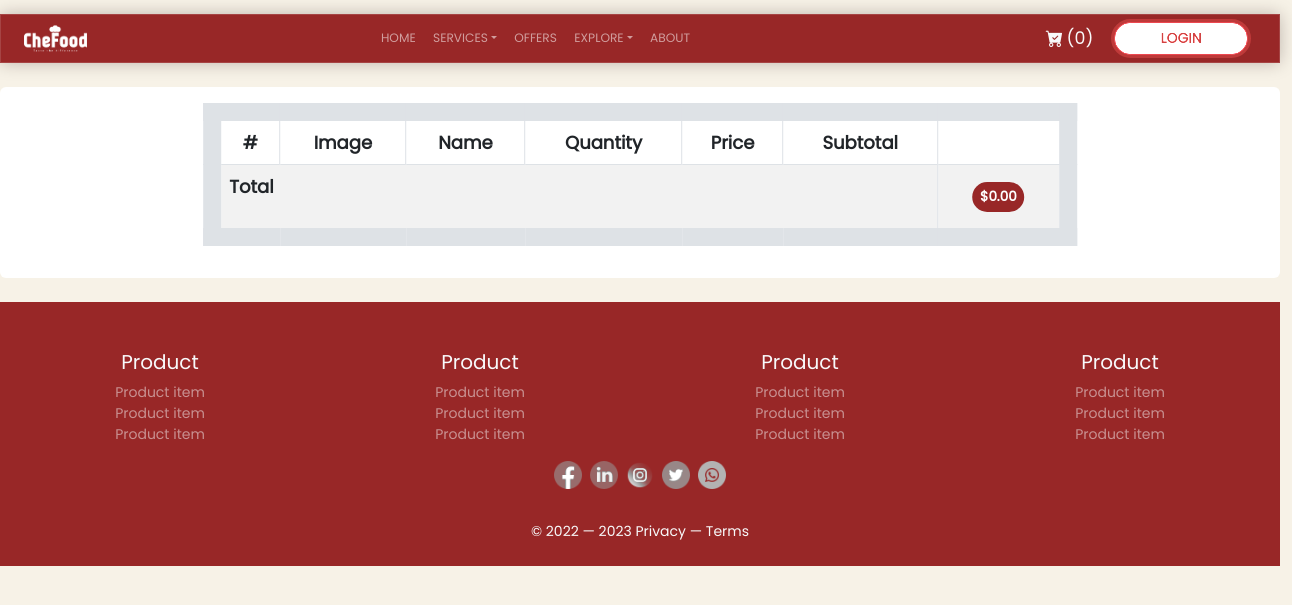
Repository: qamchamine/chefood
Page: /cart (app in front-end/)
The author's editor kept a copy of each file at every save. The page is drawn from the files as they stood at one save, then again after the next save.
The browser window is 1280 px wide. The page is 1292 px wide, so the pictures cover 1292 px, including what lies to the right of the window. The pictures show the whole page.
The project was rebuilt for these pictures with package versions that can differ from the ones it lists, and the page was loaded fresh each time. Some packages were replaced by stand-ins written for this rebuild. Also part of the build but not shown: front-end/src/css/products.css, front-end/src/components/small_components/ProductCard.jsx, front-end/src/components/small_components/AddProduct.jsx, front-end/src/components/pages/sub-pages/Products.jsx, front-end/src/components/small_components/ButtonMain.jsx, front-end/src/components/small_components/HomeCard.jsx, front-end/src/components/small_components/HomeCardFullSection.jsx, front-end/src/components/pages/Home.jsx and 34 more. Imported but missing from the stored project, and not drawn on this page: front-end/src/sounds/applause.mp3, front-end/src/sounds/wheel.mp3.

Above is the page before, as saved 2023-06-25 20:07:15.

### front-end/public/index.html
<!DOCTYPE html>
<html lang="en">
  <head>
    <meta charset="utf-8" />
    <link rel="icon" href="%PUBLIC_URL%/favicon.ico" />
    <meta name="viewport" content="width=device-width, initial-scale=1" />
    <meta name="theme-color" content="#000000" />
    <meta
      name="description"
      content="Web site created using create-react-app"
    />
    <link
    rel="stylesheet"
    href="https://fonts.googleapis.com/css?family=Roboto:400,700"
  />
  <link rel="stylesheet" href="https://cdn.jsdelivr.net/npm/bootstrap-icons@1.10.5/font/bootstrap-icons.css">

    <link rel="apple-touch-icon" href="%PUBLIC_URL%/logo192.png" />
    <link rel="manifest" href="%PUBLIC_URL%/manifest.json" />

    <link rel="stylesheet" href="https://fonts.googleapis.com/icon?family=Material+Icons">

    <link rel="stylesheet" href="https://maxcdn.bootstrapcdn.com/font-awesome/4.7.0/css/font-awesome.min.css">
    <script src="https://code.jquery.com/jquery-3.5.1.min.js"></script>
    <script src="https://cdn.jsdelivr.net/npm/popper.js@1.16.0/dist/umd/popper.min.js"></script>




    <title>React App</title>
  </head>
  <body>

    <div id="root"></div>
<!--     <script src="jquery/jquery-3.6.0.js"></script>  -->
    <script src="https://unpkg.com/sweetalert/dist/sweetalert.min.js"></script>

  </body>
</html>

### front-end/src/config/ShoppingContext.jsx

  import React, { createContext, useState, useEffect } from 'react';
  import Swal from 'sweetalert2'
  import axios from 'axios';

   const ShoppingContext = createContext();

const ShoppingProvider = ({ children }) => {
/*     const [orders,setOrders] = useState([])
     */

/*       function removeFromCart(item){
        setCartItems(cartItems.filter(product => product.id !== item.id));
        Swal.fire({
          position: 'top-end',
          icon: 'success',
          title: 'Your item has been removed',
          showConfirmButton: false,
          timer: 1500
        });
      } */

      return (
    <ShoppingContext.Provider value={
        { /* orders,setOrders */
          /* products,  cartItems, removeFromCart */
        }
      }>      {children}
    </ShoppingContext.Provider>
  );
};
export { ShoppingContext, ShoppingProvider }

### front-end/src/components/Footer.jsx
import React, { useEffect } from 'react'

import Facebook from '../images/icons/facebook.png'
import Linkedin from '../images/icons/linkedin.png'
import Instagram from '../images/icons/instagram.png'
import Twitter from '../images/icons/twitter.png'
import Whatsapp from '../images/icons/whatsapp.png'
import './../css/nav-footer.css';
export default function Footer() {

    return (
        <div className='footer container-fluid' style={{ background: '#982727' }}>
            <footer className=' py-2 pt-5 d-grid text-light'>
                <div className='row justify-content-around text-center '>
                    <div className='d-grid col-6 col-sm-12 col-md-6 col-lg-4 col-xl-3'>
                        <h5>Product</h5>
                        <a className='text-decoration-none text-light opacity-50' href="">Product item</a>
                        <a className='text-decoration-none text-light opacity-50' href="">Product item</a>
                        <a className='text-decoration-none text-light opacity-50' href="">Product item</a>
                    </div>
                    <div className='d-grid col-6 col-sm-12 col-md-6 col-lg-4 col-xl-3'>
                        <h5>Product</h5>
                        <a className='text-decoration-none text-light opacity-50' href="">Product item</a>
                        <a className='text-decoration-none text-light opacity-50' href="">Product item</a>
                        <a className='text-decoration-none text-light opacity-50' href="">Product item</a>
                    </div>
                    <div className='d-grid col-6 col-sm-12 col-md-6 col-lg-4 col-xl-3'>
                        <h5>Product</h5>
                        <a className='text-decoration-none text-light opacity-50' href="">Product item</a>
                        <a className='text-decoration-none text-light opacity-50' href="">Product item</a>
                        <a className='text-decoration-none text-light opacity-50' href="">Product item</a>
                    </div>
                    <div className='d-grid col-6 col-sm-12 col-md-6 col-lg-4 col-xl-3'>
                        <h5>Product</h5>
                        <a className='text-decoration-none text-light opacity-50' href="">Product item</a>
                        <a className='text-decoration-none text-light opacity-50' href="">Product item</a>
                        <a className='text-decoration-none text-light opacity-50' href="">Product item</a>
                    </div>
                </div>
                <div className='footer-icons row justify-content-center py-3 '>
                    <div className='d-flex gap-2 justify-content-center'>
                        <a href=""> <img src={Facebook} className='footer-icon' alt="" /> </a>
                        <a href=""> <img src={Linkedin} className='footer-icon' alt="" /> </a>
                        <a href=""> <img src={Instagram} className='footer-icon' alt="" /> </a>
                        <a href=""> <img src={Twitter} className='footer-icon' alt="" /> </a>
                        <a href=""> <img src={Whatsapp} className='footer-icon' alt="" /> </a>

                    </div>
                </div>
                <div className='row justify-content-center py-3'>
                    © 2022 — 2023 Privacy — Terms
                </div>
            </footer>
        </div>

    )
}

### front-end/src/components/small_components/shopping/Cart.jsx
import React,{useContext ,useEffect, useState} from 'react';
import axios from 'axios';
import '../../../css/cart.css'
import { ShoppingContext } from '../../../config/ShoppingContext';
import { LoginContext } from '../../../config/LoginContext';
import { getProd } from '../../pages/sub-pages/Products';
export default function Cart() {
    const {orders, setOrders} = useContext(LoginContext);
    const {prod, setProd} = useContext(LoginContext);
    const {userData, setUserData} = useContext(LoginContext);
    const {isLoggedIn} = useContext(LoginContext);
    const {loading, setLoading} = useContext(LoginContext);
    const [userOrders, setUserOrders] = useState([]);

/* useEffect(() => {
  setUserOrders(orders.filter(el=>el.user_id === 1))

  console.log(userOrders);
},[]); */

    return (
        <div className="row my-4 cart-page">
            <div className="col-md-12">
                <div className="card">
                    <div className="card-body">
                        <table className="table table-hover table-striped ajouterPanierTable table-bordered">
                            <thead >
                                <tr>
                                    <th >#</th>
                                    <th >Image</th>
                                    <th >Name</th>
                                    <th >Quantity</th>
                                    <th >Price</th>
                                    <th>Subtotal</th>
                                    <th ></th>
                                </tr>
                            </thead>
                            <tbody>
                            { isLoggedIn?orders.map((item,i) => (
                                    <tr key={item.id}>

                                        <th scope="row">{i+1}</th>
                                        <td>
                {/*                             <img src={require(`../../../images/products/${prod.find(el=>el.id==item.product_id).category} (${prod.find((el,i)=>el.id===item.product_id).img}).png`)} alt={item.product_name}
                                                className="img-fluid rounded"
                                                width={60} height={60} /> */}
                                        </td>
                                        <td>{item.product_name}</td>
                                        <td>

                                            <b className="mx-2">
                                                {item.product_quantity}
                                            </b>

                                        </td>
                                        <td>{prod.find((el,i)=>el.id===item.product_id).price} <b>MAD</b> </td>
                                       <td>{(item.product_quantity * prod.find((el,i)=>el.id===item.product_id).price).toFixed(2)} MAD</td>
                                        <td>
                                            <i
                                                className="bi bi-cart-x text-danger"
                                                style={{cursor: 'pointer'}}
                                          /*       onClick={() => removeFromCart(item)} */
                                            ></i>
                                        </td>
                                    </tr>
                                )): ''
                            }
                            <tr>
                                <th colSpan={6} className="text-start">
                                    Total
                                </th>
                                <th colSpan={1} className=" b py-3">
                                    <span style={{background:'#982727'}} className="badge text-center p-2 rounded-pill ">
                                        $
                                        {
                                            orders.reduce((acc,item) => acc += item.product_quantity * prod.find((el,i)=>el.id===item.product_id).price,0).toFixed(2)
                                        }
                                    </span>
                                </th>
                            </tr>
                            </tbody>
                        </table>
                    </div>
                </div>
            </div>
        </div>
    )
}

### front-end/src/css/home.css
.homeBG {
    height: fit-content;
    position: relative;
    right: -10%;
    top: 34%;
    z-index: -1;
    width: 100em !important;


}
@font-face {
    font-family: 'poppin';
    src: url('../fonts/Poppins/Poppins-Regular.ttf') ;
    font-weight: normal;
    font-style: normal;
  }
body {
    font-family:'poppin', sans-serif !important;
    background-color: #F7F2E7 !important;
    max-width: 100vw;
    font-weight: normal !important;
    overflow-x: hidden;
    font-size: 14px !important;
}

body::-webkit-scrollbar {
    width: 0;
}

.nb {
/*     position: fixed; */
/*     top: 1em; */
    background-color: #982727 !important;
    box-shadow: 0 0px 20px #1f020241;
    border: 1px solid #ffffff22;
}

.navbar {
    background-color: #982727 !important;
}

.changeColor {
    background-color: blue !important;
}

.signUP {
    background: white !important;
    color: #982727 !important;
    font-weight: bold !important;
    outline: 5px solid #982727ab;
    outline-offset: -2px;
    transition: 500ms ease;


}

.homeContent {
    height: 90vh;
    z-index: 0;
    margin-top: -1.5em !important;
}

.homeContent h1 {
    color: #F7F2E7;
    text-align: start;
width: 40vw !important;
}

.homeContent h1 span {
    position: relative;
    display: inline-block;
    margin-bottom: 10px;
    padding: 4px 20px 8px;
    transition: 1s ease;
}

.homeContent h1 span::before {
    content: '';
    position: absolute;
    background: #982727;
    left: 0;
    top: 0;
    z-index: -1;
    width: 100%;
    height: 100%;
    transform: skew(-10deg);
}

.homeContent h1 span:last-child::before {
    transform: skew(10deg);
}

.homeContent p {
    width: 72%;
    color: #982727;
    text-align: left;
}

.homeContent .homeMainButtons {
    width: 72%;
}

.cardBtn {
    transition: 1s ease;
}

.cardBtn:hover {
    filter: brightness(130%);

}

.cardBtn i {
    left: 63%;
    transition: 300ms ease;
}

.cardBtn:hover i {
    left: 75%;
}

.btnMain:hover {
    filter: brightness(130%);
}

.card-img-top {
    object-fit: cover;
}

.signUP:hover {

    background: #982727 !important;
    color: white !important;
    font-weight: bold !important;
    outline: 5px solid #ffffff55;
    outline-offset: -4px;
}

.cardsGroup:not(:first-child) {
    translate: 50% 0;
}

.arrow-1-1 {
    position: absolute;
    top: 50%;
    left: 0;
}

.home .carousel-control-prev-icon,
.home .carousel-control-next-icon {

    width: 1.3em;
    height: 1.3em;
    color:black !important;

    outline: 12px solid #982929;
    outline-offset: -1px;
    background-color: #982929;
    background-size: 100%, 100%;
    border-radius: 50%;
    box-shadow: 0 0 10px black;
}

.home .carousel-control-prev,
.home .carousel-control-next {
    z-index: 10;
    width: 4em !important;
/*     background: red; */

}

/* .py-4 {
    padding-top: 0rem !important;
    padding-bottom: 0rem !important;
} */

.nb{
    zoom:87%;
}

### front-end/src/css/cart.css
.ajouterPanierTable td{
    font-size: .9em;
    width: fit-content !important;
    text-align: center;
}
.ajouterPanierTable th{
    width: fit-content !important;
    text-align: center;
}
.ajouterPanierTable {
width: 70% !important;
position: relative;
left: 50%;
translate: -50% 0;
border: 1em solid black;
}
.cart-page .card {
    box-shadow:none;
}

### front-end/src/css/Reviews.css
.Reviews-color
{
  color : #982727;
  text-transform: uppercase;
  letter-spacing: 0.5em;
}
.Reviews-paragraph
{
  font-size: 0.8em;
}
.parent-card{
    margin-top:50px !important;
}
.card
{
    border: none !important;
    box-shadow: 0 4px 8px 0 rgba(0, 0, 0, 0.2), 0 6px 20px 0 rgba(0, 0, 0, 0.19);
}
.user-name
{
    color : #000D7E;
}
.description
{
    color: #982727;
    font-size: 0.75em;
}
.comment{
    margin:5px;
    font-size:0.55em;
}
.reviewCardImage{
    margin-top:16px;
}
.reviewCard:hover .reviewCardImage{
    scale:1.2;
    margin-inline:.3em;
}
.reviewCard:hover .reviewCardImage{
    transition:300ms ease;
}
.reviewCard:hover .hoverstar{
    scale:1.2;
    margin-inline:.3em;
}
.reviewCard .hoverstar{
    transition:300ms ease;
}
.reviewCardImage{
    width:40%;
    transition:300ms ease;
}

.reviewCard strong{
    left:50%;
    translate:-50% 0;
    width:100%;
    bottom:.9em;
}

.the-bottom-page{
    margin-top:25px;
    position: absolute;
    left: auto;
    right: 0;
}

@media (max-width: 1200px) { /* Extra large devices (large desktops, 1200px and up) */
    .card {
      width: 100%;
    }
    .col-4 {
      width: 33.33333333%;
    }
    strong img{
        width: 19px;
    }
  }
  @media (max-width: 1118px) { /* Large devices (desktops, 992px and up) */
    .card {
      width: 100%;
    }
    .col-4 {
        width: 33.33333333%;
    }
    strong img{
        width: 16px;
    }
  }
  @media (max-width: 992px) { /* Medium devices (tablets, 768px and up) */
    .card {
        width: 140%;
    }
  }
  @media (max-width: 770px) { /* Medium devices (tablets, 768px and up) */
    .card {
        width: 95%;
    }
    .col-4 {
        width: 25% !important;
    }
    .parent-card
    {
        --bs-gutter-x: 0.5rem;
        display: grid !important;
        grid-template-columns: repeat(2, 1fr);
    }
    .col-4 {
        margin-top:10px !important;
        width: 60% !important;
    }
  }
  @media (max-width: 716px) { /* Small devices (landscape phones, 576px and up) */

    .card {
        width: 95%;
    }
        strong img{
        width: 16px;
    }
  }
  @media only screen and (max-width: 576px){ /* Small devices (landscape phones, 576px and up) */

    .card {
        width: 95%;
    }
    .col-md-2 {
        flex: 0 0 16.666667%;
        max-width: 16.666667%;
    }
    strong img{
        width: 16px;
    }
  }

  @media only screen and (max-width: 528px){ /* Small devices (landscape phones, 576px and up) */

    .card {
        width: 70%;
        margin-left:30px;
    }
    .parent-card
    {
        --bs-gutter-x: 0.5rem;
        display: grid !important;
        grid-template-columns: repeat(1, 1fr);
    }
    .col-md-2 {
        flex: 0 0 16.666667%;
        max-width: 16.666667%;
    }
    strong img{
        width: 16px;
    }
  }

  @media only screen and (max-width: 365px){ /* Small devices (landscape phones, 576px and up) */

    .card {
        width: 80%;
        margin-left:20px;
    }
    .parent-card
    {
        --bs-gutter-x: 0.5rem;
        display: grid !important;
        grid-template-columns: repeat(1, 1fr);
    }
    .col-md-2 {
        flex: 0 0 16.666667%;
        max-width: 16.666667%;
    }
    strong img{
        width: 16px;
    }
  }

### front-end/src/css/location.css
@import url('https://fonts.googleapis.com/css2?family=Roboto:wght@100&display=swap');

.location-color
{
  color : #982727;
  text-transform: uppercase;
  letter-spacing: 0.3em;
}
.where-restorant
{
    width: 459px;
    margin:auto;
}
.restorant-location-title{
    font-family: 'Century Gothic';
    font-size:32px;
    font-weight:400;
}
.restorant-location-line{
    background:#B12222;
    height: 3px;
    width: 450px;
    display: inline-block;
    margin: 15px auto;
}
.restorant-location-p
{
    color:#000000 75%;
    font-size: 15px;
    font-weight: 400;
    font-family: 'Roboto', sans-serif;
}
.main-location{
    display: grid !important;
    grid-template-columns: repeat(2, 1fr);
    flex-direction: column;
    justify-content: center;
    align-items: center;
    text-align:center;
}
.restorant-location-btn{
    background-color: #B12222;
    border: none;
    width: 300px;
    height: 40px;
    border-radius: 15px;
    color: #fff;
}
.restorant-location-btn:hover{
    background-color: #fff;
    border: 2px solid #B12222;
    border-radius: 15px;
    color: #B12222;
}
.location-icon{
    margin-right: 15px;
}


  @media (max-width: 1123px) { /* Extra large devices (large desktops, 1200px and up) */
    .earth-image img{
        width: 450px;
    }
  }
  @media (max-width: 992px) { /* Medium devices (tablets, 768px and up) */
    .earth-image img{
        width: 400px;
    }
    .where-restorant {
        width: 400px;
        margin: auto;
    }
    .restorant-location-line{
        width: 350px;
        display: inline-block;
    }
  }
  @media (max-width: 868px) { /* Medium devices (tablets, 768px and up) */

    .earth-image img{
        width: 380px;
    }
    .where-restorant {
        width: 380px;
        margin: auto;
    }
    .restorant-location-line{
        width: 320px;
        display: inline-block;
    }
    .restorant-location-p{
        font-size: 13px;
    }
    .restorant-location-title{
        font-size:28px;
    }

  }
  @media (max-width: 783px) { /* Small devices (landscape phones, 576px and up) */
    .earth-image img{
        margin-top: 30px;
        width: 380px;
    }
    .where-restorant {
        width: 380px;
        margin: auto;
    }
    .restorant-location-line{
        width: 320px;
        display: inline-block;
    }
    .restorant-location-p{
        font-size: 15px;
    }
    .restorant-location-title{
        font-size:32px;
    }
    .main-location{
        display: grid !important;
        grid-template-columns: repeat(1, 1fr);
        justify-items: center;
        text-align:center;
    }
  }
  @media(max-width: 401px){ /* Small devices (landscape phones, 576px and up) */
    .earth-image img{
        width: 330px;
        margin-top: 30px;
    }
    .where-restorant {
        width: 330px;
        margin: auto;
    }
    .restorant-location-line{
        width: 320px;
        display: inline-block;
    }
    .restorant-location-p{
        font-size: 13px;
    }
    .restorant-location-title{
        font-size:28px;
    }
    .main-location{
        display: grid !important;
        grid-template-columns: repeat(1, 1fr);
        justify-items: center;
        text-align:center;
    }
  }

### front-end/src/css/contactus.css
@import url('https://fonts.googleapis.com/css2?family=Inter:wght@200;400&family=Quattrocento+Sans&family=Roboto&display=swap');

.contactus-color{
    color : #982727;
    text-transform: uppercase;
    letter-spacing: 0.3em;
}
.image-contactus img{
    height: 620px;
}
.main-contactus{
    display: grid !important;
    grid-template-columns: repeat(2, 1fr);
    justify-items: center;
}
.message-information-send{
    width:auto;
    margin:auto;
}
.message-information-send label
{
    margin:25px 0 10px 0;
    font-family: 'Inter';
    font-style: normal;
    font-weight: 400;
    font-size: 13px;
    line-height: 26px;
    color: #692C2C;
}
.message-information-send input{
    padding:3px 15px;
    margin:15 0px;
    Width:425px;
    Height:56px;
    background: #F7F2E7;
    border: 2px solid #982727;
    border-radius: 5px;
}
.message-information-send {
    outline: none;
}
.message-information-send textarea{
    padding:15px;
    Width:425px;
    Height:220px;
    background: #F7F2E7;
    border: 2px solid #982727;
    border-radius: 5px;
}
.message-information-send textarea,input::placeholder{
    font-family: 'Inter';
    font-style: normal;
    font-weight: 200;
    font-size: 12px;
}
.message-information-send input,textarea:focus-visible{
    outline: none;
}
.send-contact-btn{
    margin-top: 14px;
    background-color: #B12222;
    border: none;
    width: 425px;
    height: 40px;
    border-radius: 15px;
    color: #fff;
    font-family: 'Roboto';
    font-style: normal;
    font-weight: 500;
    font-size: 19px;
}
.send-icon{
    margin-right:15px;
}
.send-contact-btn:hover{
    background-color: #fff;
    border: 2px solid #B12222;
    border-radius: 15px;
    color: #B12222;
}









  @media (max-width: 1118px) { /* Large devices (desktops, 992px and up) */
    .image-contactus img{
        height: 620px;
        width:550px;
    }

    .message-information-send input{
        width:325px;
    }
    .message-information-send textarea{
        width:325px;
    }
    .send-contact-btn{
        width:325px;
    }
  }
  @media (max-width: 992px) { /* Medium devices (tablets, 768px and up) */
    .image-contactus img{
        margin: auto;
        height: 550px;
        width:450px;
    }
    .message-information-send{
        margin-right:50px;
    }
    .message-information-send input{
        width:325px;
    }
    .message-information-send textarea{
        width:325px;
    }
    .send-contact-btn{
        width:325px;
    }
  }
  @media (max-width: 881px) { /* Medium devices (tablets, 768px and up) */
    .image-contactus img{
        margin: auto;
        height: 550px;
        width:450px;
    }
    .main-contactus{
        display: grid !important;
        grid-template-columns: repeat(1, 1fr);
        flex-direction: column;
        justify-content: center;
        align-items: center;
    }
    .message-information-send{
        margin:auto;
    }
    .message-information-send input{
        width: 425px;
    }
    .message-information-send textarea{
        width: 425px;
    }
    .send-contact-btn{
        width: 425px;
    }
  }


  @media only screen and (max-width: 467px){ /* Small devices (landscape phones, 576px and up) */

    .image-contactus img{
        margin: auto;
        height: 500px;
        width:330px;
    }
    .main-contactus{
        display: grid !important;
        grid-template-columns: repeat(1, 1fr);
        justify-items: center;
    }
    .message-information-send{
        margin:auto;
    }
    .message-information-send input{
        width: 325px;
    }
    .message-information-send textarea{
        width: 325px;
    }
    .send-contact-btn{
        width: 325px;
    }

  }

### front-end/src/css/Timer.css

@import url(https://fonts.googleapis.com/css?family=Titillium+Web:400,200,200italic,300,300italic,900,700italic,700,600italic,600,400italic);

/* .timer {
  font-family: 'Titillium Web', cursive;
  width: 800px;
  margin: 0 auto;
  text-align: center;
  color: white;
  background: #222;
  font-weight: 100;
} */

.timer {
  display: inline-flex;
  line-height: 1;
  padding: 20px;
  font-size: 40px;
  font-family: 'Times New Roman', cursive;


}
.timerD{
    border-radius: 2px;
    padding: 5px;
    font-size: 10px;
    border: 70px rgb(131, 55, 55);
    box-shadow:2px 2px 4px rgba(0, 0, 0, 0.4), 4px 4px 8px rgba(0, 0, 0, 0.2);
}

.Stime {
  display: block;
  font-size: 20px;
  color: rgb(206, 178, 19);

}

#days {
  font-size: 80px;
  color: rgb(92, 25, 5);
  background-color:rgb(230, 230, 234);

  margin: 15px;
}
#hours {
  font-size: 80px;
  color: rgb(92, 25, 5);
  background-color:rgb(230, 230, 234);
  margin: 15px;
}
#minutes {
  font-size: 80px;

  color: rgb(92, 25, 5);
  background-color:rgb(230, 230, 234);
  margin: 15px;
}
#seconds {
  font-size: 80px;
  color: rgb(92, 25, 5);
  background-color:rgb(230, 230, 234);
  margin: 15px;
}

Loaded but not shown: front-end/src/index.css (common file); front-end/src/config/LoginContext.js (93 lines, source omitted); front-end/src/App.js (42 lines, source omitted); front-end/src/index.js (24 lines, source omitted); front-end/src/css/reservation.css (400 lines, source omitted); front-end/src/components/Navbar.jsx (179 lines, source omitted); front-end/src/css/nav-footer.css (258 lines, source omitted)

After the next save:
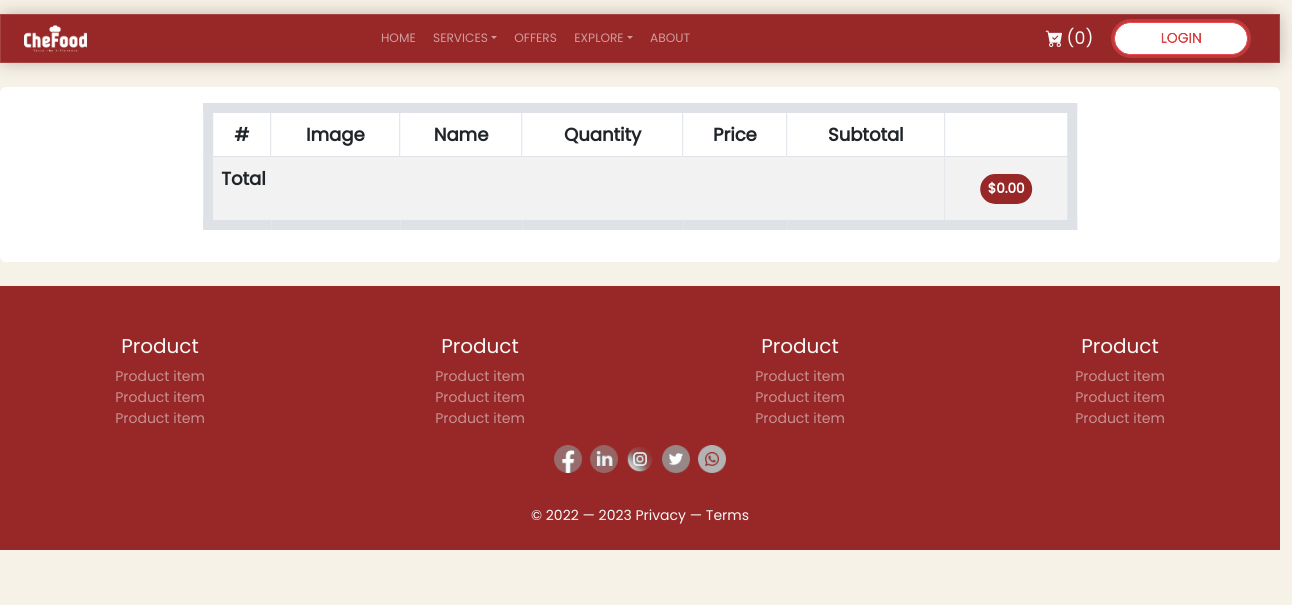
Saved 3 min 10 s later.
--- a/front-end/src/css/cart.css
+++ b/front-end/src/css/cart.css
@@ -12,7 +12,7 @@ width: 70% !important;
 position: relative;
 left: 50%;
 translate: -50% 0;
-border: 1em solid black;
+border: .6em solid black;
 }
 .cart-page .card {
     box-shadow:none;
